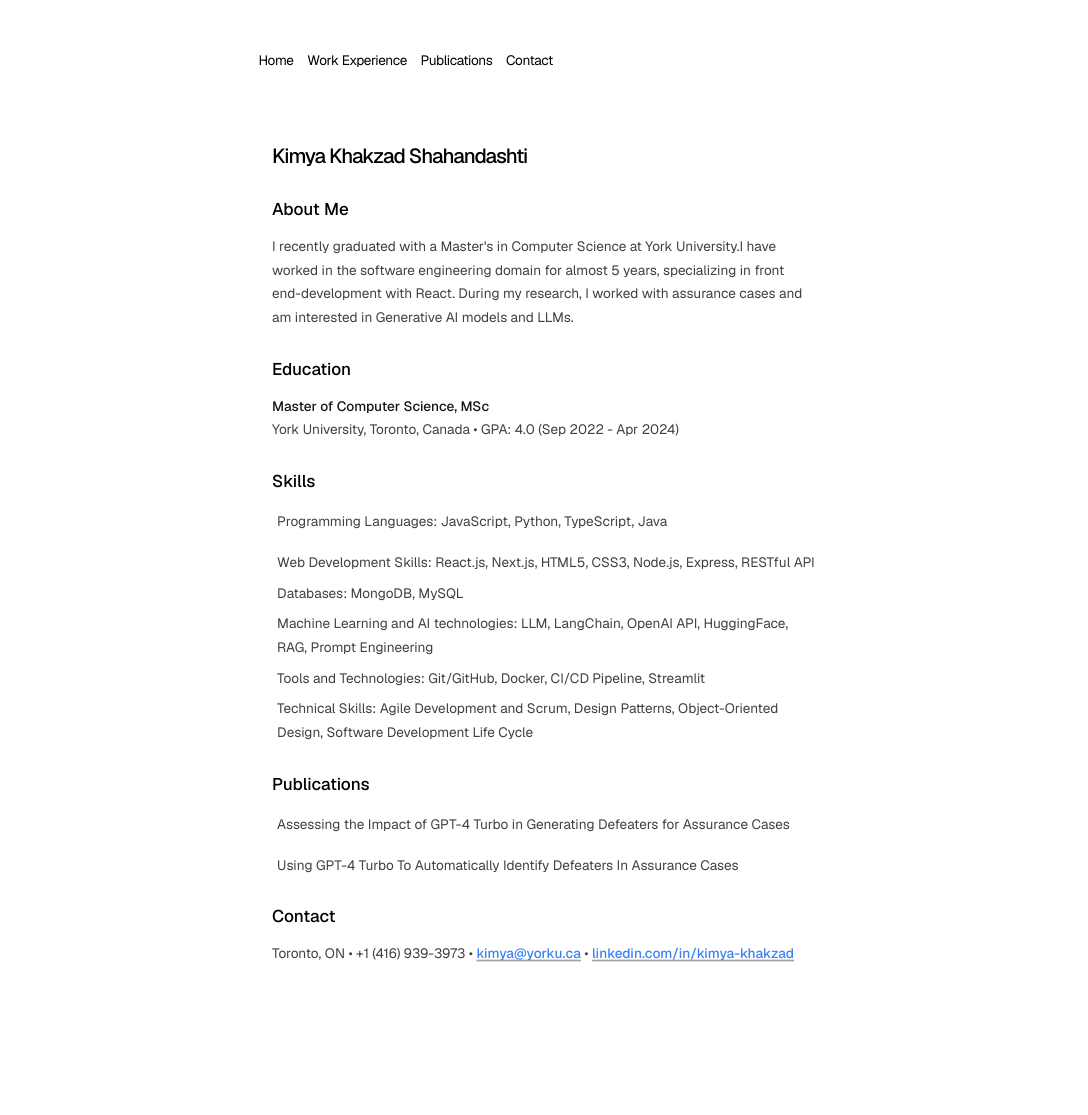
Repository: kimixz/kimixz.github.io
Page: /
The author's editor kept a copy of each file at every save. The page is drawn from the files as they stood at one save, then again after the next save.
The browser window is 1280 px wide. The pictures show the whole page, at 85% of full size.
The project was rebuilt for these pictures with package versions that can differ from the ones it lists, and the page was loaded fresh each time. Some packages were replaced by stand-ins written for this rebuild. The framework's server and built-in components were replaced by stand-ins that run in the browser. Also part of the build but not shown: next.config.mjs, app/blog/[slug]/sandpack.tsx.

Above is the page before, as saved 2024-07-28 16:58:48.

### app/page.tsx
export default function Page() {
  return (
    <section className="max-w-3xl mx-auto p-4">
      <h1 className="font-medium text-2xl mb-8 tracking-tighter">Kimya Khakzad Shahandashti</h1>

      <section className="mb-8">
        <h2 className="font-medium text-xl mb-4">About Me</h2>
        <p className="prose prose-neutral dark:prose-invert">
          I recently graduated with a Master's in Computer Science at York University.I have worked in the software engineering domain for almost 5 years, specializing in front end-development with React.
          During my research, I worked with assurance cases and am interested in Generative AI models and LLMs.
        </p>
      </section>



      <section className="mb-8">
        <h2 className="font-medium text-xl mb-4">Education</h2>
        <p className="prose prose-neutral dark:prose-invert">
          <strong>Master of Computer Science, MSc</strong><br />
          York University, Toronto, Canada • GPA: 4.0 (Sep 2022 - Apr 2024)
        </p>
      </section>

      <section className="mb-8">
        <h2 className="font-medium text-xl mb-4">Skills</h2>
        <ul className="prose prose-neutral dark:prose-invert">
          <li>Programming Languages: JavaScript, Python, TypeScript, Java</li>
          <li>Web Development Skills: React.js, Next.js, HTML5, CSS3, Node.js, Express, RESTful API</li>
          <li>Databases: MongoDB, MySQL</li>
          <li>Machine Learning and AI technologies: LLM, LangChain, OpenAI API, HuggingFace, RAG, Prompt Engineering</li>
          <li>Tools and Technologies: Git/GitHub, Docker, CI/CD Pipeline, Streamlit</li>
          <li>Technical Skills: Agile Development and Scrum, Design Patterns, Object-Oriented Design, Software Development Life Cycle</li>
        </ul>
      </section>

      <section className="mb-8">
        <h2 className="font-medium text-xl mb-4">Publications</h2>
        <ul className="prose prose-neutral dark:prose-invert">
          <li>Assessing the Impact of GPT-4 Turbo in Generating Defeaters for Assurance Cases</li>
          <li>Using GPT-4 Turbo To Automatically Identify Defeaters In Assurance Cases</li>
        </ul>
      </section>

      <section>
        <h2 className="font-medium text-xl mb-4">Contact</h2>
        <p className="prose prose-neutral dark:prose-invert">
          Toronto, ON • +1 (416) 939-3973 • <a href="mailto:kimya@yorku.ca" className="text-blue-500">kimya@yorku.ca</a> • <a href="https://linkedin.com/in/kimya-khakzad" className="text-blue-500">linkedin.com/in/kimya-khakzad</a>
        </p>
      </section>
    </section>
  );
}

### app/global.css
@tailwind base;
@tailwind components;
@tailwind utilities;

::selection {
  background-color: #47a3f3;
  color: #fefefe;
}

:root {
  --sh-class: #2d5e9d;
  --sh-identifier: #354150;
  --sh-sign: #8996a3;
  --sh-string: #007f7a;
  --sh-keyword: #e02518;
  --sh-comment: #a19595;
  --sh-jsxliterals: #6266d1;
  --sh-property: #e25a1c;
  --sh-entity: #e25a1c;
}

@media (prefers-color-scheme: dark) {
  :root {
    --sh-class: #4c97f8;
    --sh-identifier: white;
    --sh-keyword: #f47067;
    --sh-string: #0fa295;
  }
  html {
    color-scheme: dark;
  }
}

html {
  min-width: 360px;
}

.prose .anchor {
  @apply absolute invisible no-underline;

  margin-left: -1em;
  padding-right: 0.5em;
  width: 80%;
  max-width: 700px;
  cursor: pointer;
}

.anchor:hover {
  @apply visible;
}

.prose a {
  @apply transition-all decoration-neutral-400 dark:decoration-neutral-600 underline-offset-2 decoration-[0.1em];
}

.prose .anchor:after {
  @apply text-neutral-300 dark:text-neutral-700;
  content: '#';
}

.prose *:hover > .anchor {
  @apply visible;
}

.prose pre {
  @apply bg-neutral-50 dark:bg-neutral-900 rounded-lg overflow-x-auto border border-neutral-200 dark:border-neutral-900;
}

.prose code {
  @apply px-1 py-0.5 rounded-lg;
}

.prose pre code {
  @apply p-0;
  border: initial;
  line-height: 1.5;
}

.prose code span {
  @apply font-medium;
}

.prose img {
  /* Don't apply styles to next/image */
  @apply m-0;
}

.prose h2,
h3,
h4 {
  @apply font-medium tracking-tighter !important;
}

.prose strong {
  @apply font-medium;
}

.prose > :first-child {
  /* Override removing top margin, causing layout shift */
  margin-top: 1.25em !important;
  margin-bottom: 1.25em !important;
}

pre::-webkit-scrollbar {
  display: none;
}

pre {
  -ms-overflow-style: none; /* IE and Edge */
  scrollbar-width: none; /* Firefox */
}

/* Remove Safari input shadow on mobile */
input[type='text'],
input[type='email'] {
  -webkit-appearance: none;
  -moz-appearance: none;
  appearance: none;
}

.prose .tweet a {
  text-decoration: inherit;
  font-weight: 500;
}

table {
  display: block;
  max-width: fit-content;
  overflow-x: auto;
  white-space: nowrap;
}

.prose .callout > p {
  margin: 0 !important;
}

.title {
  text-wrap: balance;
}

### app/components/nav.tsx
import Link from 'next/link';

const navItems = {
  '/': {
    name: 'Home',
  },
  '/work': {
    name: 'Work Experience',
  },
  '/publications': {
    name: 'Publications',
  },
  '/contact': {
    name: 'Contact',
  },
};

export function Navbar() {
  return (
    <aside className="-ml-[8px] mb-16 tracking-tight">
      <div className="lg:sticky lg:top-20">
        <nav
          className="flex flex-row items-start relative px-0 pb-0 fade md:overflow-auto scroll-pr-6 md:relative"
          id="nav"
        >
          <div className="flex flex-row space-x-0 pr-10">
            {Object.entries(navItems).map(([path, { name }]) => {
              return (
                <Link
                  key={path}
                  href={path}
                  className="transition-all hover:text-neutral-800 dark:hover:text-neutral-200 flex align-middle relative py-1 px-2"
                >
                  {name}
                </Link>
              );
            })}
          </div>
        </nav>
      </div>
    </aside>
  );
}

Loaded but not shown: app/layout.tsx (common file); tailwind.config.ts (common file)

After the next save:
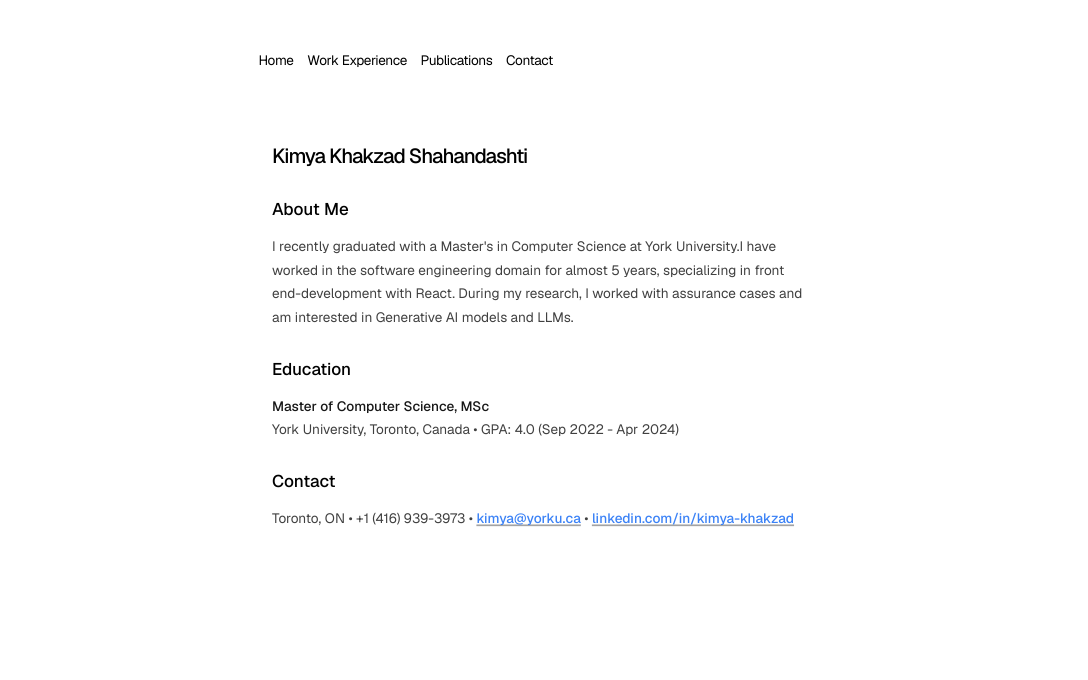
Saved 114 min 44 s later.
--- a/app/page.tsx
+++ b/app/page.tsx
@@ -21,25 +21,6 @@ export default function Page() {
         </p>
       </section>
 
-      <section className="mb-8">
-        <h2 className="font-medium text-xl mb-4">Skills</h2>
-        <ul className="prose prose-neutral dark:prose-invert">
-          <li>Programming Languages: JavaScript, Python, TypeScript, Java</li>
-          <li>Web Development Skills: React.js, Next.js, HTML5, CSS3, Node.js, Express, RESTful API</li>
-          <li>Databases: MongoDB, MySQL</li>
-          <li>Machine Learning and AI technologies: LLM, LangChain, OpenAI API, HuggingFace, RAG, Prompt Engineering</li>
-          <li>Tools and Technologies: Git/GitHub, Docker, CI/CD Pipeline, Streamlit</li>
-          <li>Technical Skills: Agile Development and Scrum, Design Patterns, Object-Oriented Design, Software Development Life Cycle</li>
-        </ul>
-      </section>
-
-      <section className="mb-8">
-        <h2 className="font-medium text-xl mb-4">Publications</h2>
-        <ul className="prose prose-neutral dark:prose-invert">
-          <li>Assessing the Impact of GPT-4 Turbo in Generating Defeaters for Assurance Cases</li>
-          <li>Using GPT-4 Turbo To Automatically Identify Defeaters In Assurance Cases</li>
-        </ul>
-      </section>
 
       <section>
         <h2 className="font-medium text-xl mb-4">Contact</h2>
